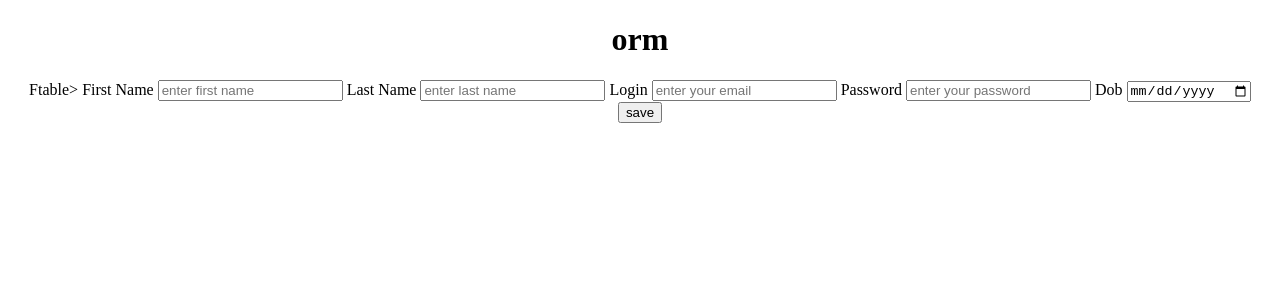
Repository: satyam1614/Advance-java
Page: http://localhost/jsp_servlet/userForm.jsp
The author's editor kept a copy of each file at every save. The page is drawn from the files as they stood at one save, then again after the next save.
The browser window is 1280 px wide. The pictures show the whole page.
The page is served by Tomcat 9.

Above is the page before, as saved 2026-01-21 11:17:18.

After the next save:
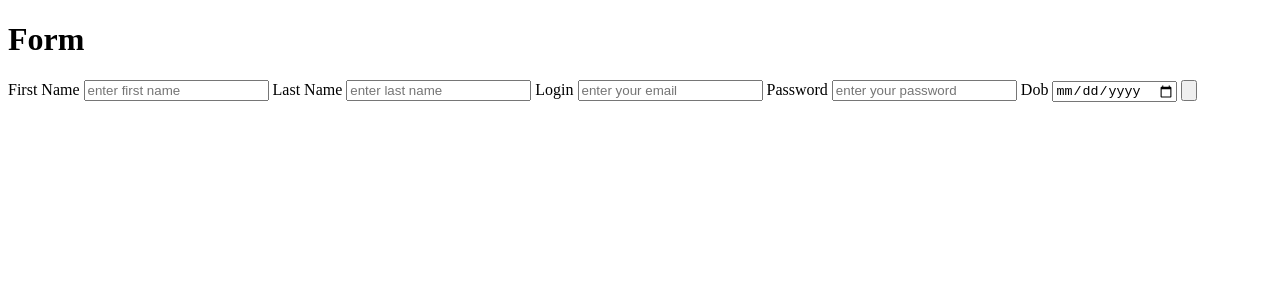
Saved 87 s later.
--- a/jsp-servlet/jsp_servlet/WebContent/userForm.jsp
+++ b/jsp-servlet/jsp_servlet/WebContent/userForm.jsp
@@ -7,14 +7,11 @@
 <title>jsp_servlet</title>
 </head>
 <body>
-<div align="center" >
+    <div align="centre">
 
     <form>
 
-    <h1>orm</h1>
-
-    Ftable>
-
+    <h1>Form</h1>
     <tr>
         <th>First Name</th>
         <td><input type="text"  name="firstName" VALUE=""
@@ -46,7 +43,7 @@
 
      <tr>
          <th></th>
-         <td><input type="submit" name="operation" value="save"></td>
+         <td><input type="submit" name="operation" value=""></td>
     </tr>
 
 
